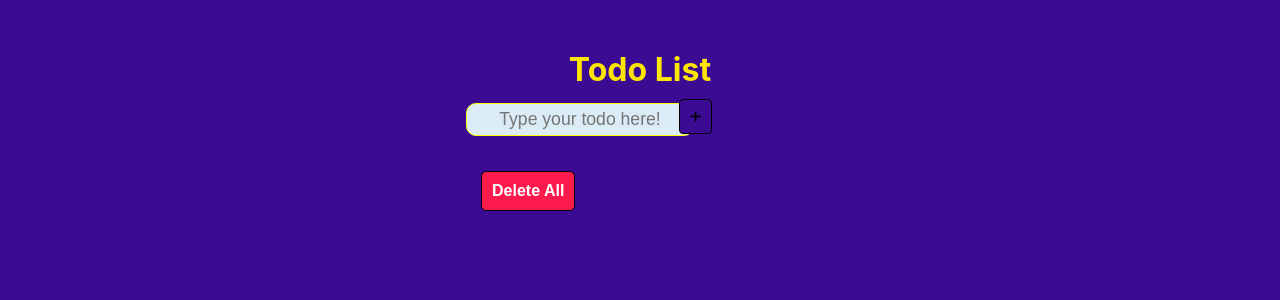
Repository: badhon252/todo-app
Page: /
An editor plug-in stored every save of this project. The page is shown before and after the next save, followed by the edit.
The browser window is 1280 px wide. The pictures show the whole page.
The project was rebuilt for these pictures with package versions that can differ from the ones it lists, and the page was loaded fresh each time.

Above is the page before, as saved 2022-01-26 22:05:55.

After the next save:
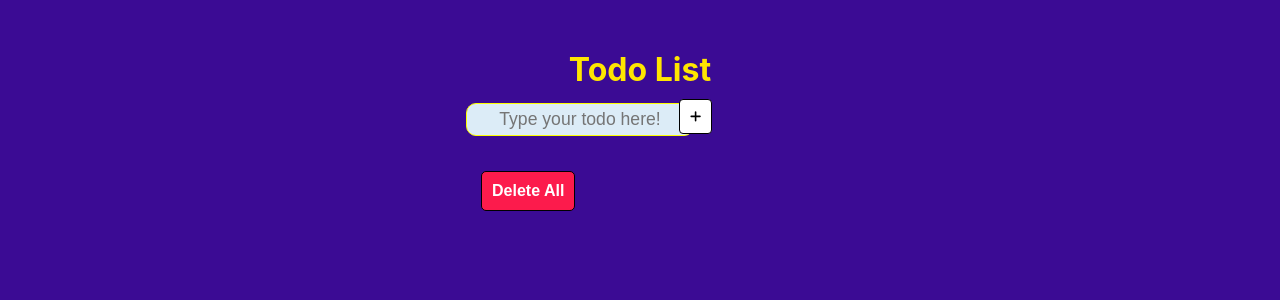
Saved 12 s later.
--- a/src/Styles/style.css
+++ b/src/Styles/style.css
@@ -29,7 +29,7 @@ h1 {
 
 .add-btn {
   padding: 10px;
-  /* background-color: rgb(0, 255, 64); */
+  background-color: rgb(255, 255, 255);
   color: rgb(0, 0, 0);
   border: 1px solid rgb(0, 0, 0);
   font-weight: 700;
